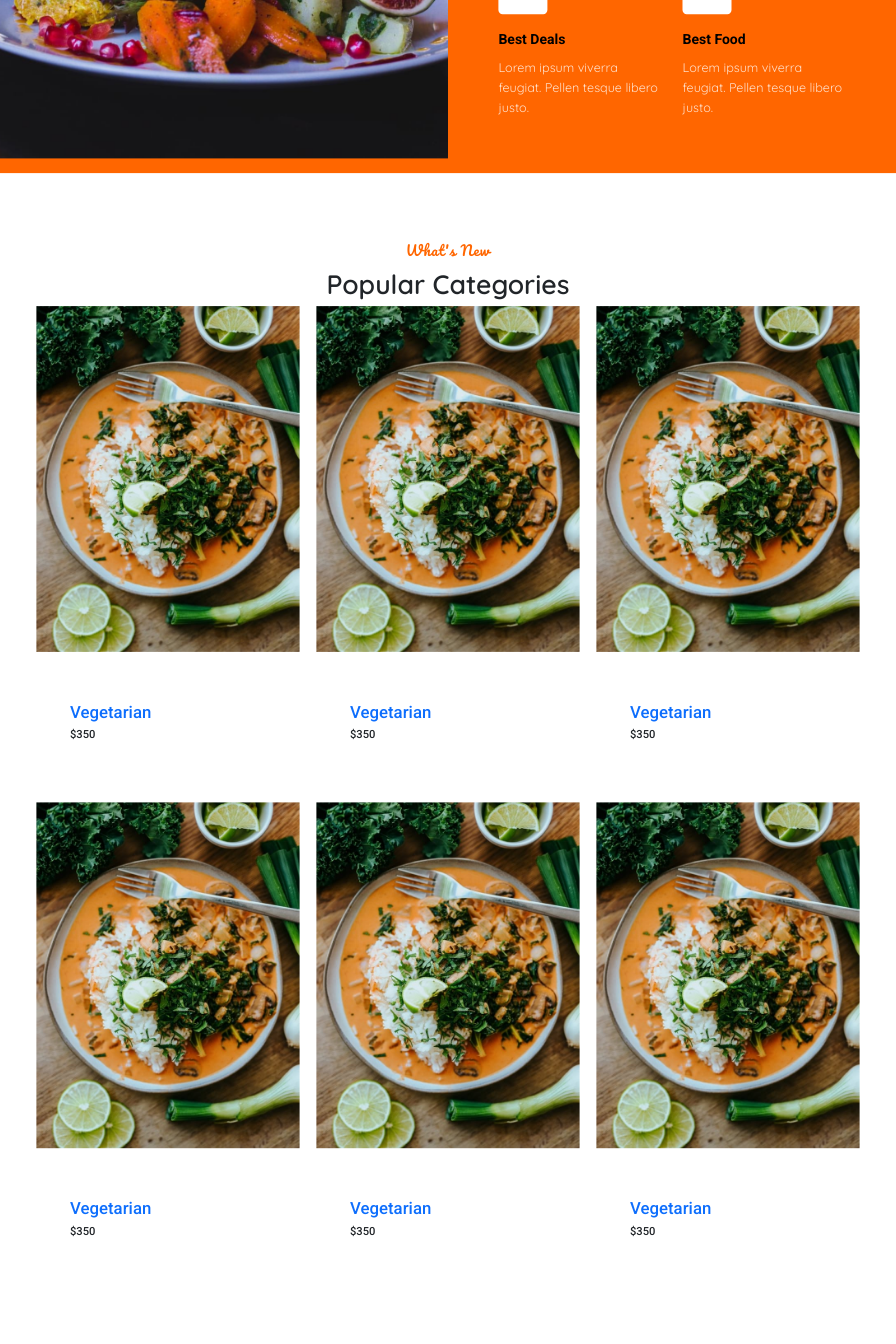
Repository: minhtrivu6199/Diner
Page: index.html
An editor plug-in stored every save of this project. The page is shown before and after the next save, followed by the edit.
The browser window is 1280 px wide. The pictures show the part of the page from y = 1516 to 3436 px (the page is 3436 px tall), at 70% of full size.
Backgrounds fixed to the window are drawn as part of the page. The style sheet was rebuilt from its Sass, Less or Tailwind sources for each picture, by a compiler version that may differ from the author's.

Above is the page before, as saved 2022-10-10 16:53:17.

### index.html
<!DOCTYPE html>
<html lang="en">
  <head>
    <title>Diner</title>
    <!-- Required meta tags -->
    <meta charset="utf-8" />
    <meta
      name="viewport"
      content="width=device-width, initial-scale=1, shrink-to-fit=no"
    />
    <!-- FontAwesome 6.2.0 CSS -->
    <link
      rel="stylesheet"
      href="https://cdnjs.cloudflare.com/ajax/libs/font-awesome/6.2.0/css/all.min.css"
      integrity="sha512-xh6O/CkQoPOWDdYTDqeRdPCVd1SpvCA9XXcUnZS2FmJNp1coAFzvtCN9BmamE+4aHK8yyUHUSCcJHgXloTyT2A=="
      crossorigin="anonymous"
      referrerpolicy="no-referrer"
    />

    <!-- Font -->
    <link rel="preconnect" href="https://fonts.googleapis.com" />
    <link rel="preconnect" href="https://fonts.gstatic.com" crossorigin />
    <link
      href="https://fonts.googleapis.com/css2?family=Roboto:wght@100;300;400;500;700;900&display=swap"
      rel="stylesheet"
    />
    <link
      href="https://fonts.googleapis.com/css2?family=Pacifico&display=swap"
      rel="stylesheet"
    />
    <link
      href="https://fonts.googleapis.com/css2?family=Quicksand:wght@300;400;500;600;700&display=swap"
      rel="stylesheet"
    />

    <!-- Bootstrap CSS v5.2.1 -->
    <link
      href="https://cdn.jsdelivr.net/npm/bootstrap@5.2.1/dist/css/bootstrap.min.css"
      rel="stylesheet"
      integrity="sha384-iYQeCzEYFbKjA/T2uDLTpkwGzCiq6soy8tYaI1GyVh/UjpbCx/TYkiZhlZB6+fzT"
      crossorigin="anonymous"
    />
    <!-- CSS -->
    <link rel="stylesheet" href="./css/style.min.css" />
  </head>

  <body>
    <!-- HEADER BANNER -->
    <section class="header-banner">
      <div class="container">
        <!-- BANNER HEADER -->
        <div class="banner-header">
          <div class="banner-logo">
            <h1>
              <a href="" class="logo-brand">Diner</a>
            </h1>
          </div>
          <div class="banner-right-content">
            <div class="search-bar">
              <form class="search position-relative">
                <input
                  type="search"
                  class="search-input"
                  placeholder="Search here..."
                />
                <span class="fa fa-search search-icon"></span>
              </form>
            </div>
            <div class="menu text-center">
              <div class="mobile-position">
                <nav class="navigation">
                  <!-- <div class="theme-switch-wrapper">
                    <label for="checkbox" class="theme-switch">
                      <input type="checkbox" id="checkbox" />
                      <div class="mode-container">
                        <i class="fa fa-sun"></i>
                        <i class="fa fa-moon"></i>
                      </div>
                    </label>
                  </div> -->
                </nav>
              </div>
              <div class="mobile-nav-button text-center">
                <button id="trigger-overlay" type="button">
                  <i class="fa fa-bars" aria-hidden="true"></i>
                </button>
              </div>
            </div>
          </div>
          <!-- NAV MENU -->
          <div class="overlay overlay-scale">
            <button type="button" class="overlay-close">
              <i class="fa fa-times" aria-hidden="true"></i>
            </button>

            <nav>
              <ul>
                <li><a href="index.html" class="active">Home</a></li>
                <li><a href="about.html">About</a></li>
                <li><a href="services.html">Services</a></li>
                <li><a href="blog.html">Blog</a></li>
                <li><a href="error.html">404</a></li>
                <li><a href="">Landing Page</a></li>
                <li><a href="contact.html">Contact</a></li>
                <li><a href="">Shot Codes</a></li>
                <li><a href="">Email</a></li>
              </ul>
            </nav>
          </div>
          <!-- END NAV MENU -->
        </div>
        <!-- END BANNER HEADER -->
        <div class="banner-info">
          <h3 class="mb-4 title">The only thing we love more than food is you!</h3>
          <div class="separator"></div>
          <p class="pr-lg-5 mt-md-4 mt-3">
            Lorem ipsum dolor sit amet consectetur ipsum elit. Qui eligendi
            vitae sit.Ea ipsum sed consequuntur illum facere.
          </p>
          <a class="btn btn-white mt-sm-5 mt-4 mr-2" href="about.html">
            Read More
            <span class="fa fa-chevron-right ms-2" aria-hidden="true"></span>
          </a>
        </div>
      </div>
    </section>
    <!-- END HEADER -->

    <!-- ABOUT -->
    <section class="about-us py-5">
      <div class="container py-md-5">
        <div class="row content">
          <div class="col-lg-5 content-left">
            <div class="about-title">
              <h6 class="subtitle">About Us</h6>
              <h3 class="title mb-4">
                We found our creative space that is open for you.
              </h3>
            </div>
          </div>
          <div class="col-lg-7 content-right ps-lg-5">
            <p>
              Lorem ipsum viverra feugiat. Pellen tesque libero ut justo, ultrices in ligula. Semper at tempufddfel. Lorem ipsum dolor sit amet elit. Non quae, fugiat nihil ad. Lorem ipsum dolor sit amet. Lorem ipsum init dolor sit, amet elit. Dolor ipsum non velit, culpa!Lorem ipsum init dolor sit.
            </p>
            <p class="mt-3">
              Lorem ipsum viverra feugiat. Pellen tesque libero ut justo, ultrices in ligula. Semper at tempufddfel. Lorem ipsum dolor sit amet elit. Non quae, fugiat nihil ad. Lorem ipsum dolor sit amet.
            </p>
          </div>
        </div>
      </div>
    </section>
    <!-- END ABOUT -->

    <!-- AGENT -->
    <section class="agent">
      <div class="container-fluid">
        <div class="row align-items-center gx-0">
          <div class="col-lg-6 pt-lg-0 pt-5">
            <div class="agent-image"></div>
          </div>
          <div class="col-lg-6 px-lg-4 py-lg-3 py-4">
            <div class="agent-info p-md-5 p-3">
              <h6 class="subtitle">
                More than 3000 Restaurants
              </h6>
              <h3 class="title">
                Book a table easly at the best price
              </h3>
              <p class="my-3">
                Vestibulum ante ipsum primis in faucibus orci luctus turpis sodales quis. Integer sit amet mattis quam.Vivamus a ligula quam tesque et libero ut justo ultrices in.
              </p>
              <div class="agent-interactive mt-5">
                <div class="gd">
                  <div class="icon mb-4">
                    <span class="fa fa-thumbs-up"></span>
                  </div>
                  <a href="#" class="gd-link">Best Deals</a>
                  <p class="mt-2">
                    Lorem ipsum viverra feugiat. Pellen tesque libero justo.
                  </p>
                </div>
                <div class="gd">
                  <div class="icon mb-4">
                    <span class="fa fa-cutlery"></span>
                  </div>
                  <a href="#" class="gd-link">Best Food</a>
                  <p class="mt-2">
                    Lorem ipsum viverra feugiat. Pellen tesque libero justo.
                  </p>
                </div>
              </div>
            </div>
          </div>
        </div>
      </div>
    </section>
    <!-- END AGENT -->

    <!-- CATEGORIES -->
    <section class="categories py-5">
      <div class="container py-md-5 py-2">
        <div class="text-center">
          <h6 class="subtitle">
            What's New
          </h6>
          <h3 class="title">
            Popular Categories
          </h3>
        </div>
        <div class="categories-product row">
          <div class="col-lg-4 col-6 mt-lg-0 mt-4">
            <div class="product-card-img">
              <a href="#">
                <img src="./img/g1.jpg" alt="" class="img img-fluid">
              </a>
            </div>
            <div class="product-card-info p-md-5 p-4">
              <a href="#">
                <h4 class="mt-4 mb-0">Vegetarian</h4>
              </a>
              <h6 class="mt-sm-2 mt-1">
                <span>$350</span>
              </h6>
            </div>
          </div>
          <div class="col-lg-4 col-6 mt-lg-0 mt-4">
            <div class="product-card-img">
              <a href="#">
                <img src="./img/g1.jpg" alt="" class="img img-fluid">
              </a>
            </div>
            <div class="product-card-info p-md-5 p-4">
              <a href="#">
                <h4 class="mt-4 mb-0">Vegetarian</h4>
              </a>
              <h6 class="mt-sm-2 mt-1">
                <span>$350</span>
              </h6>
            </div>
          </div>
          <div class="col-lg-4 col-6 mt-lg-0 mt-4">
            <div class="product-card-img">
              <a href="#">
                <img src="./img/g1.jpg" alt="" class="img img-fluid">
              </a>
            </div>
            <div class="product-card-info p-md-5 p-4">
              <a href="#">
                <h4 class="mt-4 mb-0">Vegetarian</h4>
              </a>
              <h6 class="mt-sm-2 mt-1">
                <span>$350</span>
              </h6>
            </div>
          </div>
          <div class="col-lg-4 col-6 pt-lg-2 mt-4">
            <div class="product-card-img">
              <a href="#">
                <img src="./img/g1.jpg" alt="" class="img img-fluid">
              </a>
            </div>
            <div class="product-card-info p-md-5 p-4">
              <a href="#">
                <h4 class="mt-4 mb-0">Vegetarian</h4>
              </a>
              <h6 class="mt-sm-2 mt-1">
                <span>$350</span>
              </h6>
            </div>
          </div>
          <div class="col-lg-4 col-6 pt-lg-2 mt-4">
            <div class="product-card-img">
              <a href="#">
                <img src="./img/g1.jpg" alt="" class="img img-fluid">
              </a>
            </div>
            <div class="product-card-info p-md-5 p-4">
              <a href="#">
                <h4 class="mt-4 mb-0">Vegetarian</h4>
              </a>
              <h6 class="mt-sm-2 mt-1">
                <span>$350</span>
              </h6>
            </div>
          </div>
          <div class="col-lg-4 col-6 pt-lg-2 mt-4">
            <div class="product-card-img">
              <a href="#">
                <img src="./img/g1.jpg" alt="" class="img img-fluid">
              </a>
            </div>
            <div class="product-card-info p-md-5 p-4">
              <a href="#">
                <h4 class="mt-4 mb-0">Vegetarian</h4>
              </a>
              <h6 class="mt-sm-2 mt-1">
                <span>$350</span>
              </h6>
            </div>
          </div>
        </div>
      </div>
    </section>
    <!-- END CATEGORIES -->

    <!-- Bootstrap JavaScript Libraries -->
    <script
      src="https://cdn.jsdelivr.net/npm/@popperjs/core@2.11.6/dist/umd/popper.min.js"
      integrity="sha384-oBqDVmMz9ATKxIep9tiCxS/Z9fNfEXiDAYTujMAeBAsjFuCZSmKbSSUnQlmh/jp3"
      crossorigin="anonymous"
    ></script>

    <script
      src="https://cdn.jsdelivr.net/npm/bootstrap@5.2.1/dist/js/bootstrap.min.js"
      integrity="sha384-7VPbUDkoPSGFnVtYi0QogXtr74QeVeeIs99Qfg5YCF+TidwNdjvaKZX19NZ/e6oz"
      crossorigin="anonymous"
    ></script>

    <!-- JS -->
    <script src="./js/modernizr-2.6.2.min.js"></script>
    <script src="./js/classie.js"></script>
    <script src="./js/main.js"></script>
  </body>
</html>

### js/main.js
(function () {
  var container = document.querySelector("div.container"),
    triggerBttn = document.getElementById("trigger-overlay"),
    overlay = document.querySelector("div.overlay"),
    closeBttn = overlay.querySelector("button.overlay-close");
  (transEndEventNames = {
    WebkitTransition: "webkitTransitionEnd",
    MozTransition: "transitionend",
    OTransition: "oTransitionEnd",
    msTransition: "MSTransitionEnd",
    transition: "transitionend",
  }),
    (transEndEventName = transEndEventNames[Modernizr.prefixed("transition")]),
    (support = { transitions: Modernizr.csstransitions });

  function toggleOverlay() {
    if (classie.has(overlay, "open")) {
      classie.remove(overlay, "open");
      classie.remove(container, "overlay-open");
      classie.add(overlay, "close");
      var onEndTransitionFn = function (ev) {
        if (support.transitions) {
          if (ev.propertyName !== "visibility") return;
          this.removeEventListener(transEndEventName, onEndTransitionFn);
        }
        classie.remove(overlay, "close");
      };
      if (support.transitions) {
        overlay.addEventListener(transEndEventName, onEndTransitionFn);
      } else {
        onEndTransitionFn();
      }
    } else if (!classie.has(overlay, "close")) {
      classie.add(overlay, "open");
      classie.add(container, "overlay-open");
    }
  }

  triggerBttn.addEventListener("click", toggleOverlay);
  closeBttn.addEventListener("click", toggleOverlay);
})();

### scss/style.scss
@import "./base/variables";
@import "./pages/components/menu";

.header-banner {
  background-image: linear-gradient(to right, $orange, hsl(30deg 100% 1% / 20%)),
    url(../img/banner1.jpg);
  background-size: cover;
  background-position: initial;
  background-repeat: no-repeat;
  background-attachment: fixed;
  min-height: 700px;
  .container {
    .banner-header {
      display: flex;
      justify-content: space-between;
      align-items: center;
      padding: 40px 0 20px 0;
      .banner-logo {
        .logo-brand {
          font-size: 36px;
          font-weight: 700;
          color: $white;
        }
      }

      .banner-right-content {
        display: flex;
        justify-content: center;
        align-items: center;
        .search-bar {
          display: flex;
          .search {
            .search-input {
              padding: 10px 50px 10px 20px;
              height: 45px;
              font-size: 16px;
              color: $font-color;
              font-weight: 400;
              border-radius: 6px;
              position: relative;
              right: 0;
              background: $white;
              outline: 0;
              border: 1px solid $white;
            }
            .search-icon {
              position: absolute;
              right: 20px;
              font-size: 15px;
              cursor: pointer;
              top: 15px;
            }
          }
        }

        .menu {
          display: flex;
          justify-content: center;
          align-items: center;
          .mobile-nav-button {
            margin-left: 1rem;
          }
        }
      }
    }

    .banner-info {
      max-width: 600px;
      text-align: left;
      margin-top: 100px;
      h3 {
        font-size: 54px;
        line-height: 64px;
        text-transform: capitalize;
        color: $white;
      }
      p {
        font-size: 16px;
        line-height: 28px;
        color: $white;
      }

      .btn-white {
        background: transparent;
        border: 2px solid $white;
        color: $white;
        padding: 12px 45px;
        font-size: 16px;
        line-height: 30px;
        font-weight: 700;
        transition: 0.3s ease-in;
        border-radius: 6px;

        &:hover {
          background: $white;
          color: $orange;
        }
      }
    }
  }
}

.about-us {
  .container {
    .content {
      .content-right {
        p {
          color: $font-color;
        }
      }
    }
  }
}

.agent {
  background: $orange;
  .container-fluid {
    margin: 0;
    padding: 0;
    .agent-image {
      background-image: url(../img/banner3.jpg);
      background-repeat: no-repeat;
      background-size: cover;
      background-position: center;
      position: relative;
      z-index: 1;
      min-height: 600px;
    }

    .agent-info {
      .subtitle {
        color: $white;
      }
      p {
        color: #ffdfc9;
      }
    }

    .agent-interactive {
      display: grid;
      grid-template-columns: 1fr 1fr;
      gap: 30px;
      .gd {
        &:hover .icon span.fa {
            color: $warning;
            transition: 0.3s ease-in-out;
        }
        .icon {
          background: $white;
          width: 70px;
          height: 70px;
          text-align: center;
          line-height: 70px;
          border-radius: 6px;
          transition: 0.3s ease-in-out;
          span.fa {
            color: $orange;
            font-size: 25px;
            line-height: 70px;
          }
        }
        .gd-link {
          color: #000;
          font-weight: 700;
          line-height: 1.2;
          margin-bottom: 15px;
          font-size: 20px;
          display: block;
        }
      }
    }
  }
}

### scss/base/_variables.scss
// Color
$blue: #007bff;
$indigo: #6610f2;
$purple: #6f42c1;
$pink: #e83e8c;
$red: #dc3545;
$orange: #ff6600;
$yellow: #ffc107;
$green: #28a745;
$teal: #20c997;
$cyan: #17a2b8;
$white: #fff;
$gray: #6c757d;
$gray-dark: #343a40;
$light-orange: #f8b195;
$success: #28a745;
$info: #17a2b8;
$warning: #ffc107;
$danger: #dc3545;
$light: #f8f9fa;
$dark: #343a40;
$font-color: rgba(22, 28, 45, 0.7);

*, ::after, ::before {
    margin: 0;
    padding: 0;
    box-sizing: border-box;
}

html,
body {
  font-family: "Roboto", sans-serif;
}
a {
  text-decoration: none;
  background-color: transparent;
  cursor: pointer;
}

.container {
    max-width: 1200px;
}

.subtitle {
    font-family: 'Pacifico', cursive;
    font-size: 20px;
    font-weight: 400;
    line-height: 30px;
    letter-spacing: 1px;
    color: $orange;
}

.title {
    font-size: 38px;
    line-height: 48px;
    font-weight: 600;
    font-family: 'Quicksand', sans-serif;
}

p {
    font-size: 18px;
    line-height: 28px;
    font-family: 'Quicksand', sans-serif;
}

### scss/pages/components/_menu.scss
@import '../../base/variables';
.overlay {
	position: fixed;
	width: 100%;
	height: 100%;
	top: 0;
	left: 0;
	background: rgb(6 3 0 / 77%);
}

/* Overlay closing cross */
.overlay .overlay-close {
    width: 40px;
    height: 40px;
    position: absolute;
    right: 40px;
    top: 40px;
    overflow: hidden;
    border: none;
    background: $orange;
    color: #fff;
    border-radius: 6px;
}

button#trigger-overlay {
	outline: none;
	border: none;
	background: none;
	text-align: center;
	color: #fbfdfb;
	font-size: 1.95em;
	padding: 0 8px;
}

/* Menu style */
.overlay nav {
	text-align: center;
	position: relative;
	top: 50%;
	height: 60%;
	-webkit-transform: translateY(-50%);
	transform: translateY(-50%);
}
.overlay ul {
	list-style: none;
	padding: 0;
	margin: 0 auto;
	display: inline-block;
	height: 100%;
	position: relative;
}
.overlay ul li {
	display: block;
	-webkit-backface-visibility: hidden;
	backface-visibility: hidden;
    line-height:3em;
}
.overlay ul li a {
	font-size: 20px;
	font-weight: 600;
	display: block;
	color: #fff;
	-webkit-transition: color 0.2s;
	transition: color 0.2s;
}

.overlay ul li a:hover,
.overlay ul li a:focus {
	color: $orange;
}

/* Effects */
.overlay-scale {
	visibility: hidden;
	opacity: 0;
	-webkit-transform: scale(0.9);
	transform: scale(0.9);
	-webkit-transition: -webkit-transform 0.2s, opacity 0.2s, visibility 0s 0.2s;
	transition: transform 0.2s, opacity 0.2s, visibility 0s 0.2s;
}

.overlay-scale.open {
	visibility: visible;
	opacity: 1;
	-webkit-transform: scale(1);
	transform: scale(1);
	-webkit-transition: -webkit-transform 0.4s, opacity 0.4s;
	transition: transform 0.4s, opacity 0.4s;
}

@media screen and (max-height: 30.5em) {
	.overlay nav {
		height: 70%;
		font-size: 34px;
	}

	.overlay ul li {
		min-height: 34px;
	}
}
@media (max-width:767px) {
	.overlay ul li a {
		font-size: 16px;
	}
	.overlay ul li {
		line-height: 2.5em;
	}
}
@media (max-width:600px) {
	.overlay ul li a {
		font-size: 16px;
	}
	.overlay ul li {
		line-height: 2.2em;
	}
}

Loaded but not shown: js/modernizr-2.6.2.min.js (library); js/classie.js (77 lines, source omitted)

After the next save:
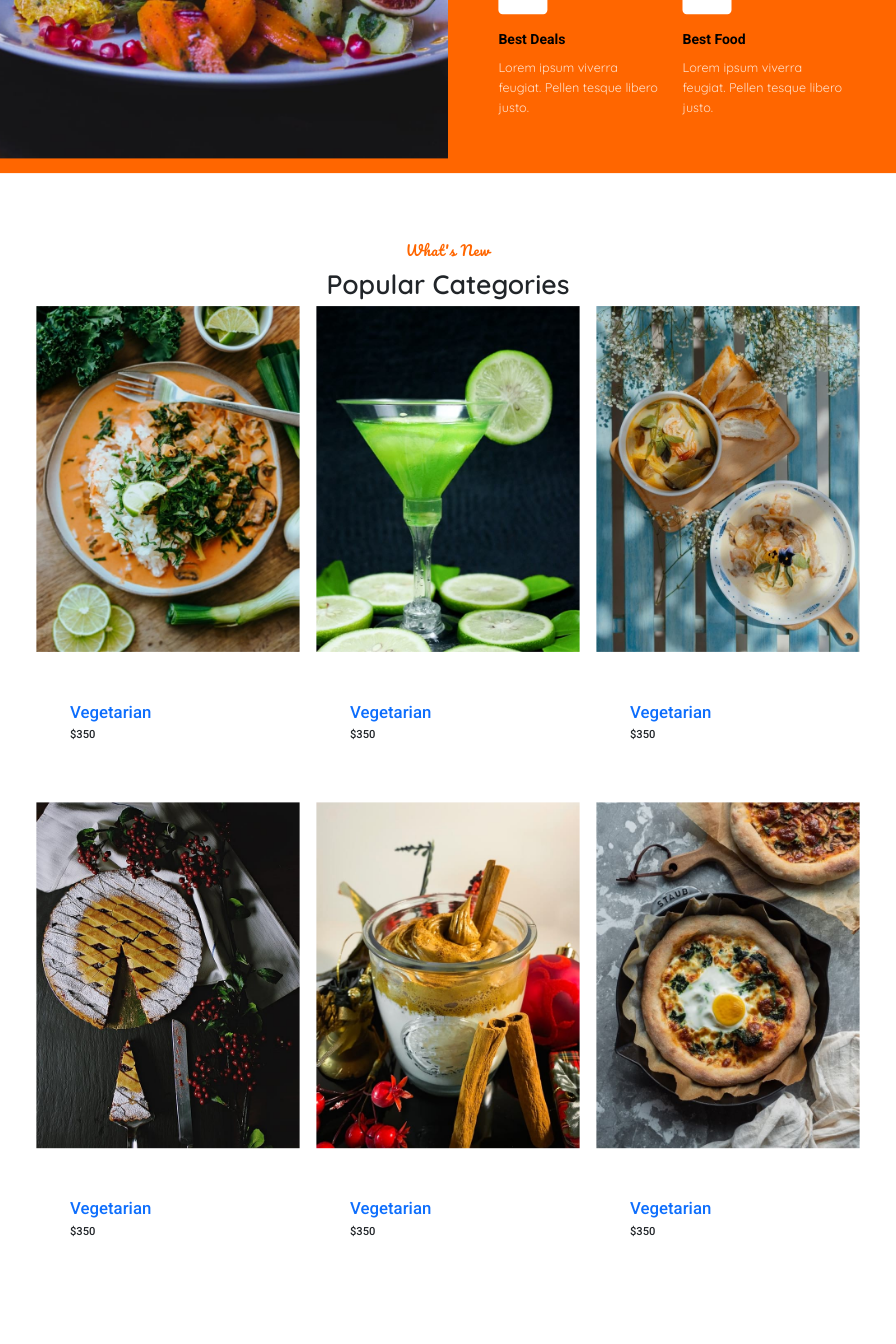
Saved 84 s later.
--- a/index.html
+++ b/index.html
@@ -226,7 +226,7 @@
           <div class="col-lg-4 col-6 mt-lg-0 mt-4">
             <div class="product-card-img">
               <a href="#">
-                <img src="./img/g1.jpg" alt="" class="img img-fluid">
+                <img src="./img/g2.jpg" alt="" class="img img-fluid">
               </a>
             </div>
             <div class="product-card-info p-md-5 p-4">
@@ -241,7 +241,7 @@
           <div class="col-lg-4 col-6 mt-lg-0 mt-4">
             <div class="product-card-img">
               <a href="#">
-                <img src="./img/g1.jpg" alt="" class="img img-fluid">
+                <img src="./img/g3.jpg" alt="" class="img img-fluid">
               </a>
             </div>
             <div class="product-card-info p-md-5 p-4">
@@ -256,7 +256,7 @@
           <div class="col-lg-4 col-6 pt-lg-2 mt-4">
             <div class="product-card-img">
               <a href="#">
-                <img src="./img/g1.jpg" alt="" class="img img-fluid">
+                <img src="./img/g4.jpg" alt="" class="img img-fluid">
               </a>
             </div>
             <div class="product-card-info p-md-5 p-4">
@@ -271,7 +271,7 @@
           <div class="col-lg-4 col-6 pt-lg-2 mt-4">
             <div class="product-card-img">
               <a href="#">
-                <img src="./img/g1.jpg" alt="" class="img img-fluid">
+                <img src="./img/g5.jpg" alt="" class="img img-fluid">
               </a>
             </div>
             <div class="product-card-info p-md-5 p-4">
@@ -286,7 +286,7 @@
           <div class="col-lg-4 col-6 pt-lg-2 mt-4">
             <div class="product-card-img">
               <a href="#">
-                <img src="./img/g1.jpg" alt="" class="img img-fluid">
+                <img src="./img/g6.jpg" alt="" class="img img-fluid">
               </a>
             </div>
             <div class="product-card-info p-md-5 p-4">
